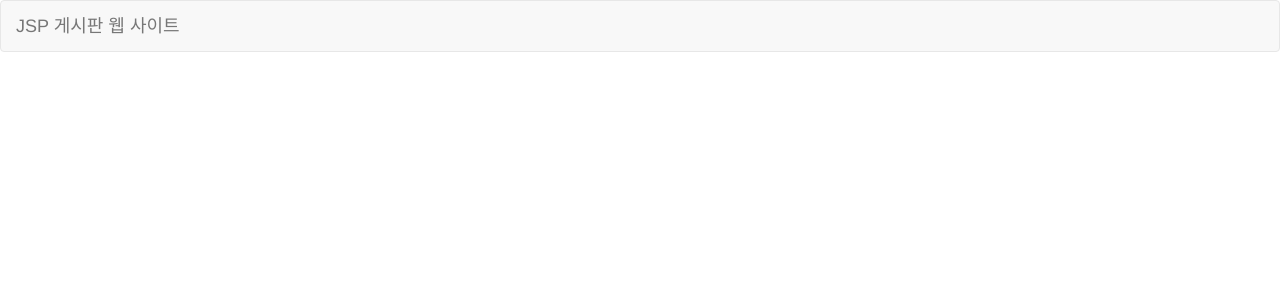
Repository: mottipwp/BBS-Project
Page: http://localhost/BBS/login.jsp
The author's editor kept a copy of each file at every save. The page is drawn from the files as they stood at one save, then again after a run of saves.
The browser window is 1280 px wide. The pictures show the whole page.
Some web libraries are served in a nearby version. The page is served by Tomcat 9.

Above is the page before, as saved 2019-03-07 02:19:36.

After the next 2 saves:
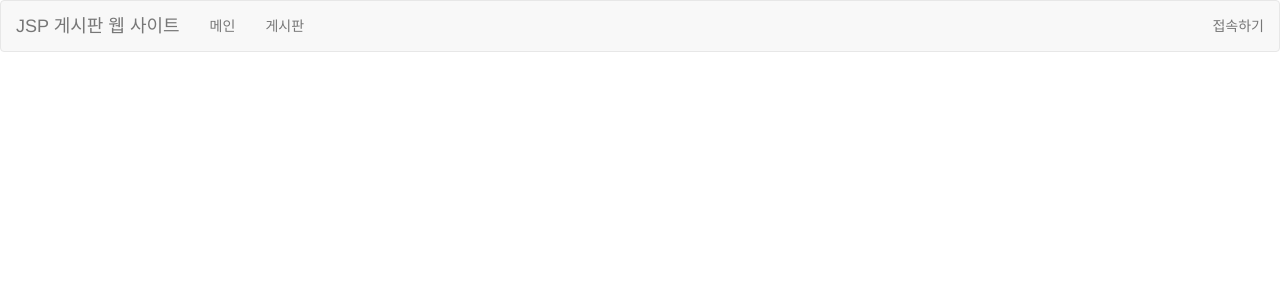
The 2 saves are shown as one change because they came seconds apart.
The last was saved 4 min 40 s later.
--- a/BBS/WebContent/login.jsp
+++ b/BBS/WebContent/login.jsp
@@ -21,6 +21,20 @@
 			</button>
 			<a class="navbar-brand" href="main.jsp">JSP 게시판 웹 사이트</a>
 		</div>
+		<div class="collapse navbar-collapse" id="bs-example-navnar-collapase-1">
+			<ui class="nav navbar-nav">
+				<li><a href="main.jsp">메인</a></li>
+				<li><a href="bbs.jsp">게시판</a></li>
+			</ui>
+			<ui class="nav navbar-nav navbar-right">
+				<li class="dropdown">
+					<a href="#" class="dropdown-toggle"
+						data-toggle="dropdwon" role="button" aria-haspopup="true"
+						aria-expanded="false">접속하기<span class="coret"></span>
+					</a>
+				</li>
+			</ui>
+		</div>
 	</nav>
 
 	<script src="http://code.jquery.com/jquery-3.1.1.min.js"></script>
